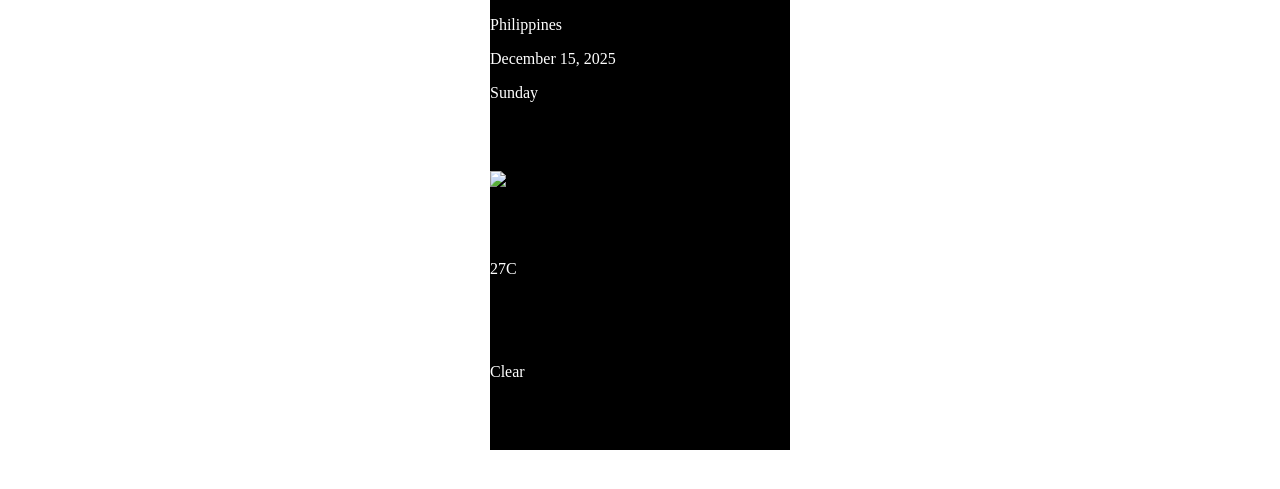
Repository: dmpelaez/weatherApp
Page: WeatherApp.html
An editor plug-in stored every save of this project. The page is shown before and after the next save, followed by the edit.
The browser window is 1280 px wide. The pictures show the whole page.
The page's requests for data from a server got no answer.

Above is the page before, as saved 2025-12-14 12:08:36.

### WeatherApp.html
<!DOCTYPE html>

  <html>

    <head>

      <title>Weather App</title>

      <meta name="viewport" content="width=device-width, initial-scale=1.0">

      <!--CSS-->
      <Link rel="stylesheet" href="WeatherApp.css">
    </head>

    <body>

      <!--Container of the weather app-->
      <div class="container">

        <!--Visual part of the weather app-->
        <section class="WeatherVisual">
          <div class="countryInfo">
            <p class="country-name">Philippines</p>
            <p class="todaydate">December 15, 2025</p>
            <p class="dateToday">Sunday</p>
          </div>
          <!--imgs of weather-->
          <div class="imgOfweather">
            <img class="img" src="#">
          </div>

          <p class="temp">27C</p>
          <p class="description">Clear</p>
        </section>

      </div>


      <script src="WeatherApp.js"></script>
    </body>

  </html>

### WeatherApp.css
body {
  margin: 0;
  padding: 0;
  box-sizing: border-box;
  display: flex;
  align-items: center;
  justify-content: center;

  width: 100%;
}

.container {
display: flex;

}
.WeatherVisual {
  display: grid;
  background: black;
  color: white;
  width: 300px;
  height: 450px;
}

### WeatherApp.js
const APIkey = '84c3820830b89e9c5cca040b57bbbe7a';
const APIurl = "https://api.openweathermap.org/data/2.5/weather?units=metric&q=philippines";


async function weatherApp() {
  const response = await fetch(APIurl + `&appid=${APIkey}`);
  const data = await response.json();
  console.log(data);
}

weatherApp();

After the next save:
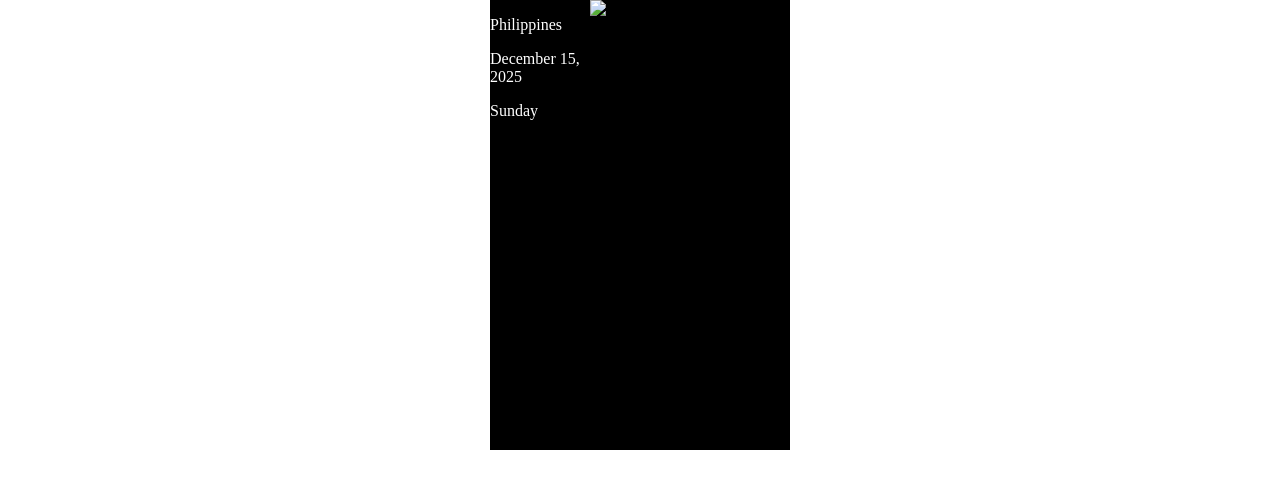
Saved 71 s later.
--- a/WeatherApp.css
+++ b/WeatherApp.css
@@ -15,6 +15,7 @@ display: flex;
 }
 .WeatherVisual {
   display: grid;
+  grid-template-columns: 100px 200px 50px 50px;
   background: black;
   color: white;
   width: 300px;
